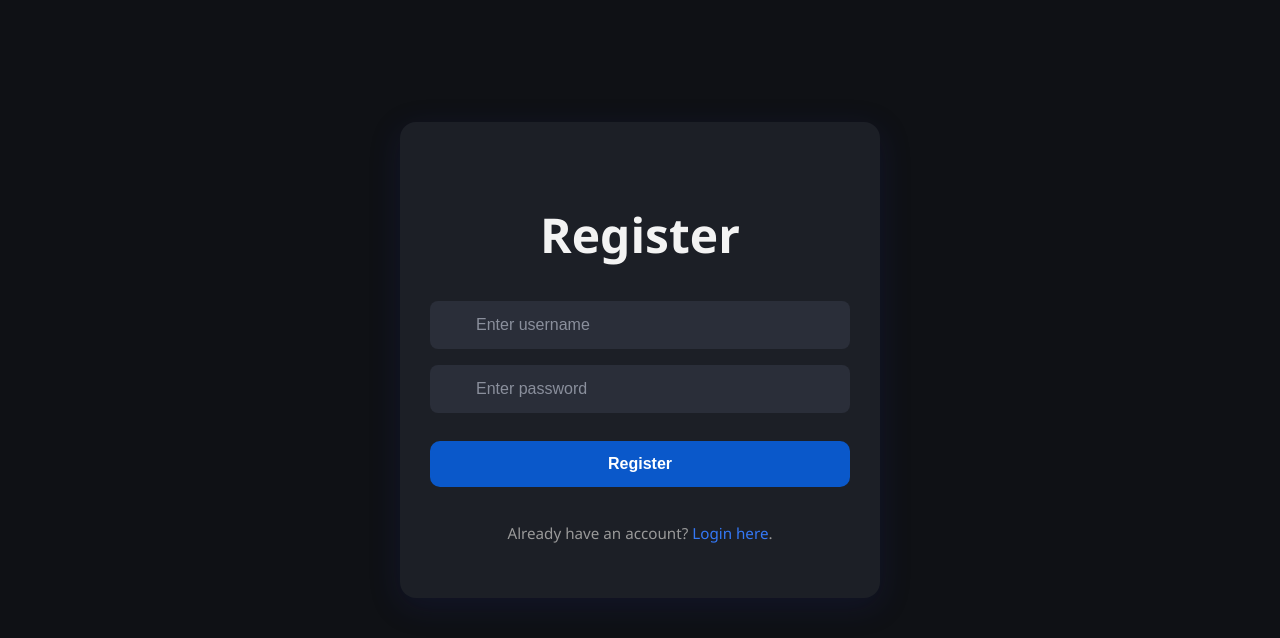
Repository: lowluds/auth-flask
Page: http://localhost/register
An editor plug-in stored every save of this project. The page is shown before and after the next save, followed by the edit.
The browser window is 1280 px wide. The pictures show the whole page.
The page is served by the project's application, run on Flask 3 (login.py).

Above is the page before, as saved 2025-07-10 23:12:18.

After the next save:
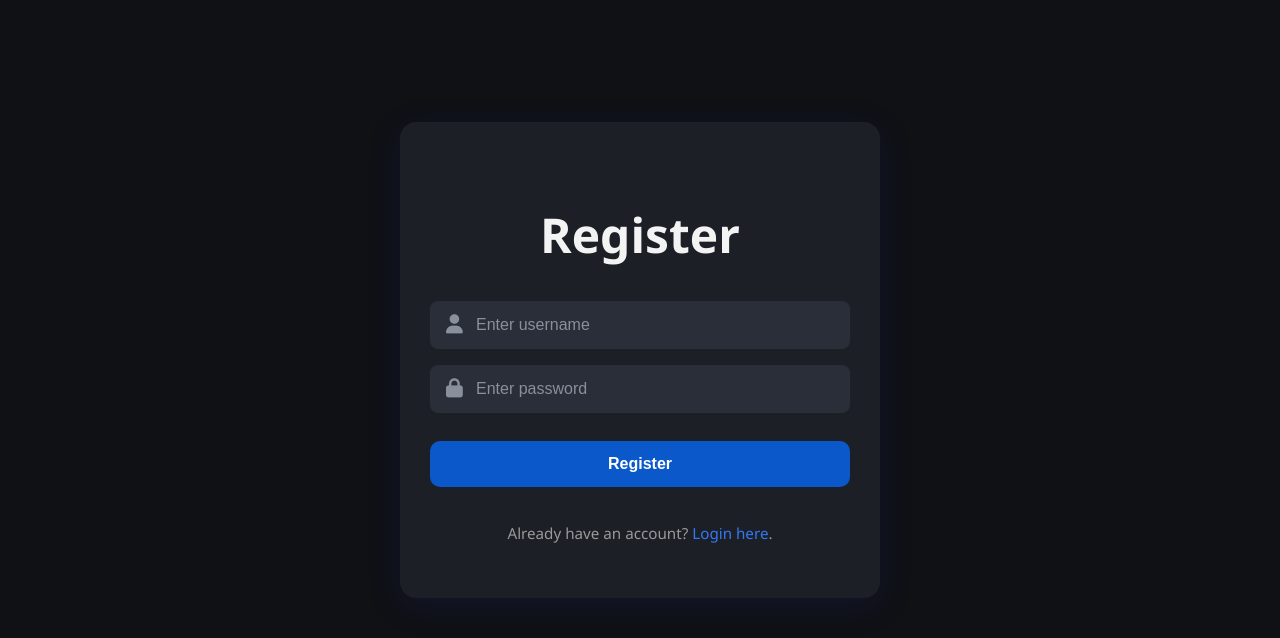
Saved 99 s later.
--- a/templates/register.html
+++ b/templates/register.html
@@ -6,6 +6,7 @@
     <title>Register</title>
     <link rel="stylesheet" href="{{ url_for('static', filename='register.css') }}">
     <link rel="stylesheet" href="{{ url_for('static', filename='error.css') }}">
+    <link rel="stylesheet" href="https://cdnjs.cloudflare.com/ajax/libs/font-awesome/6.5.0/css/all.min.css">
 </head>
 <body>
     <div class="register-container">
@@ -16,7 +17,6 @@
             <i class="fas fa-user"></i>
             <input type="text" id="username" name="username" placeholder="Enter username" required>
             </div>
-
 
           <div class="input-group">
               <i class="fas fa-lock"></i>
